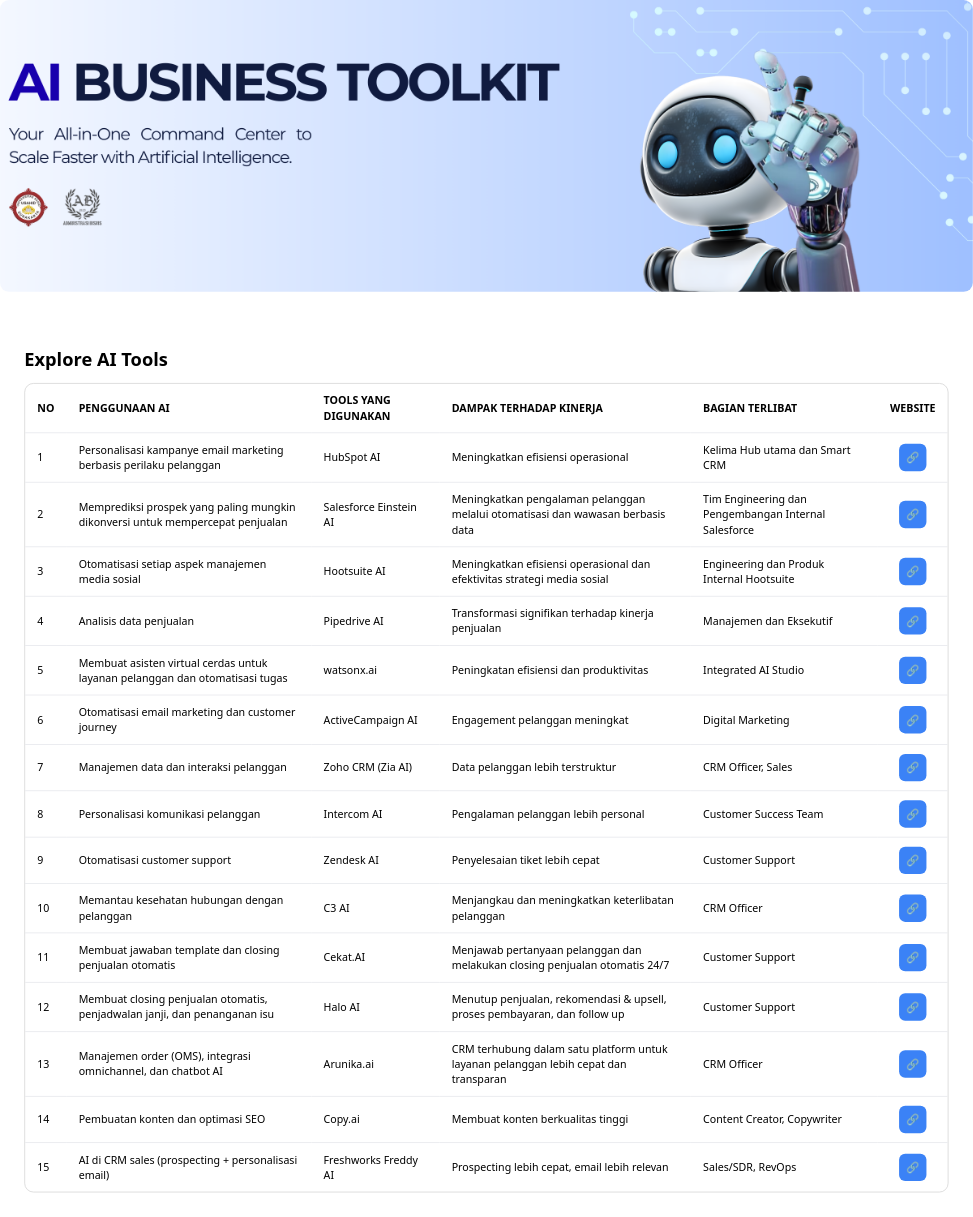
Repository: MUHAMADTEGARWIJAYA/AI-BUSINESS-TOOLKIT
Page: /ai/pemasaran
An editor plug-in stored every save of this project. The page is shown before and after the next save, followed by the edit.
The browser window is 1280 px wide. The pictures show the whole page, at 76% of full size.
The project was rebuilt for these pictures with package versions that can differ from the ones it lists, and the page was loaded fresh each time. Also part of the build but not shown: vite.config.js, src/views/NamaFloating.vue, src/views/FooterView.vue, src/views/HomeView.vue, src/views/AiOperansional.vue, src/views/AiSdm.vue, src/views/AiStrategi.vue, src/views/TestAurora.vue and 1 more. Imported but missing from the stored project, and not drawn on this page: src/component/Aurora/Aurora.vue.

Above is the page before, as saved 2026-01-11 19:35:09.

### index.html
<!DOCTYPE html>
<html lang="">
  <head>
    <meta charset="UTF-8">
    <link rel="icon" href="/favicon.ico">
    <meta name="viewport" content="width=device-width, initial-scale=1.0">
    <title>AI Tools Kit</title>
  </head>
  <body>
    <div id="app"></div>
    <script type="module" src="/src/main.js"></script>
  </body>
</html>

### src/router/index.js
import { createRouter, createWebHistory } from 'vue-router'
import HomeView from '../views/HomeView.vue'
import AiOperansional from '../views/AiOperansional.vue'
import AiSdm from '../views/AiSdm.vue'
import AiStrategi from '../views/AiStrategi.vue'
import AiPemasaran from '@/views/AiPemasaran.vue'
import TestAurora from '@/views/TestAurora.vue'
import AiKeuanganAkuntansi from '@/views/AiKeuanganAkuntansi.vue'
const router = createRouter({
  history: createWebHistory(import.meta.env.BASE_URL),
  routes: [
    {
      path: '/test',
      name: 'test',
      component: TestAurora,
    },
    {
      path: '/',
      name: 'home',
      component: HomeView,
    },
    {
      path: '/ai/operasional',
      name: 'ai-operansional',
      component: AiOperansional,
    },
    {
      path: '/ai/sdm',
      name: 'ai-sdm',
      component: AiSdm,
    },
    {
      path: '/ai/strategi',
      name: 'ai-strategi',
      component: AiStrategi,
    },
    {
      path: '/ai/pemasaran',
      name: 'ai-pemasaran',
      component: AiPemasaran,
    },
    {
      path: '/ai/keuangan',
      name: 'ai-keuangan',
      component: AiKeuanganAkuntansi,
    },

  ],
})

export default router

### src/views/AiPemasaran.vue
<script setup>
import { aipemasaran } from '@/data/data.js'
</script>

<template>
  <div class="min-h-screen bg-white">
    <div class="w-full max-w-full mb-10">
      <!-- Background Image -->
      <div
        class="w-full h-96 rounded-xl bg-cover bg-no-repeat bg-center"
        style="background-image: url('/ai.png')"
      ></div>
    </div>
    <div class="p-8">
      <h1 class="text-black text-2xl font-bold mb-4">Explore AI Tools</h1>

      <div class="overflow-x-auto border border-neutral-300 rounded-xl">
        <table class="min-w-full text-sm text-left">
          <!-- Header -->
          <thead class="text-black uppercase">
            <tr>
              <th class="px-4 py-3">No</th>
              <th class="px-4 py-3">Penggunaan AI</th>
              <th class="px-4 py-3">Tools yang Digunakan</th>
              <th class="px-4 py-3">Dampak terhadap Kinerja</th>
              <th class="px-4 py-3">Bagian Terlibat</th>
              <th class="px-4 py-3 text-center">Website</th>
            </tr>
          </thead>

          <!-- Body -->
          <tbody>
            <tr v-for="(item, index) in aipemasaran" :key="item.id" class="border-t transition">
              <td class="px-4 py-3 text-black">
                {{ index + 1 }}
              </td>
              <td class="px-4 py-3 text-black font-medium">
                {{ item.usage }}
              </td>
              <td class="px-4 py-3 text-black">
                {{ item.tools }}
              </td>
              <td class="px-4 py-3 text-black">
                {{ item.impact }}
              </td>
              <td class="px-4 py-3 text-black">
                {{ item.department }}
              </td>
              <td class="px-4 py-3 text-center">
                <a
                  :href="item.link"
                  target="_blank"
                  class="inline-flex items-center py-2 px-2 text-white justify-center w-9 h-9 rounded-lg bg-blue-500 hover:bg-blue-400 transition"
                >
                  🔗
                </a>
              </td>
            </tr>
          </tbody>
        </table>
      </div>
    </div>
  </div>
</template>

Loaded but not shown: src/main.js (common file); src/assets/main.css (common file); src/App.vue (common file); tailwind.config.js (common file); src/data/data.js (684 lines, source omitted)

After the next save:
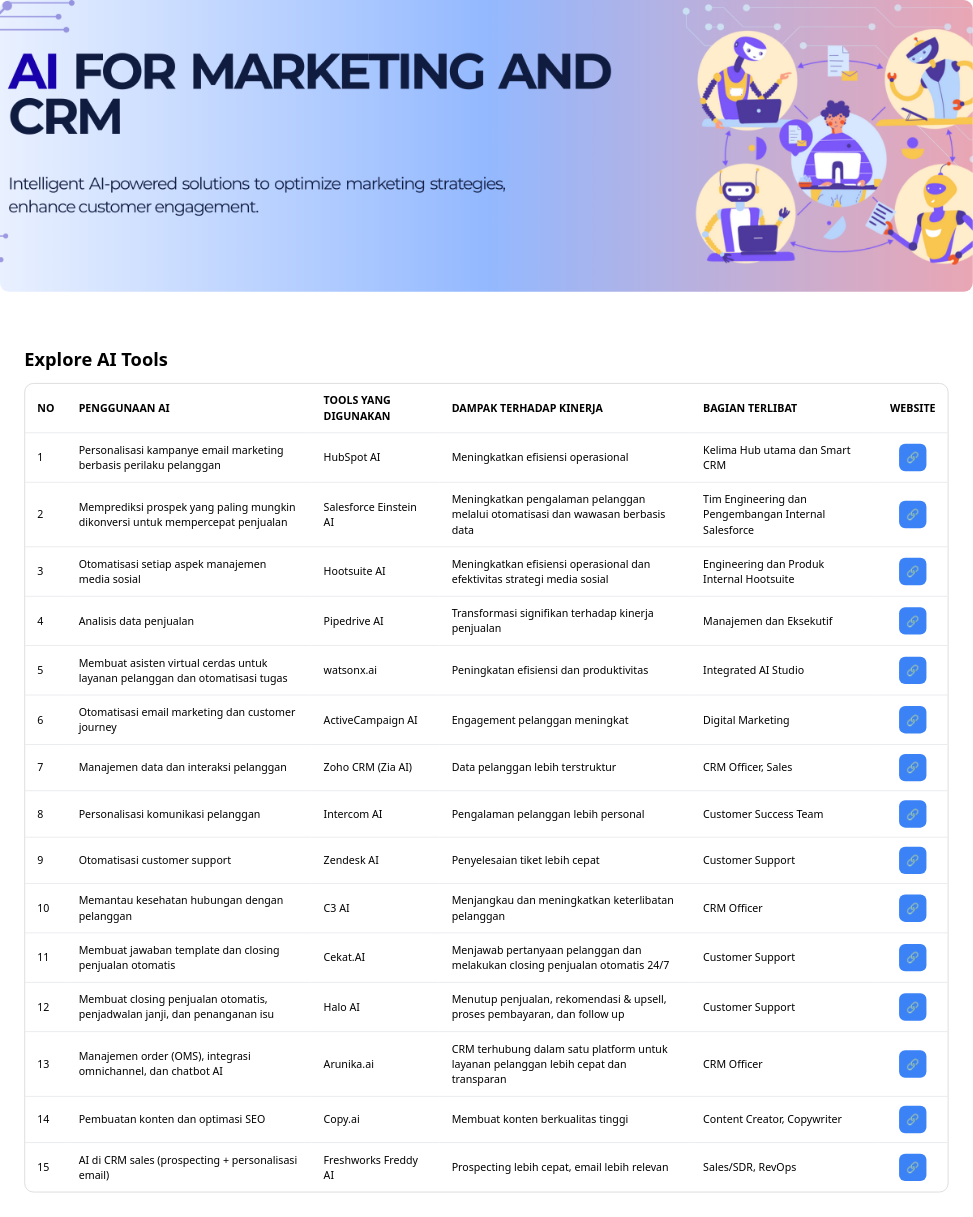
Saved 26 s later.
--- a/src/views/AiPemasaran.vue
+++ b/src/views/AiPemasaran.vue
@@ -8,7 +8,7 @@
       <!-- Background Image -->
       <div
         class="w-full h-96 rounded-xl bg-cover bg-no-repeat bg-center"
-        style="background-image: url('/ai.png')"
+        style="background-image: url('/Devisi\ Pemasaran\ dan\ CRM\ kelompok\ 4.png')"
       ></div>
     </div>
     <div class="p-8">
